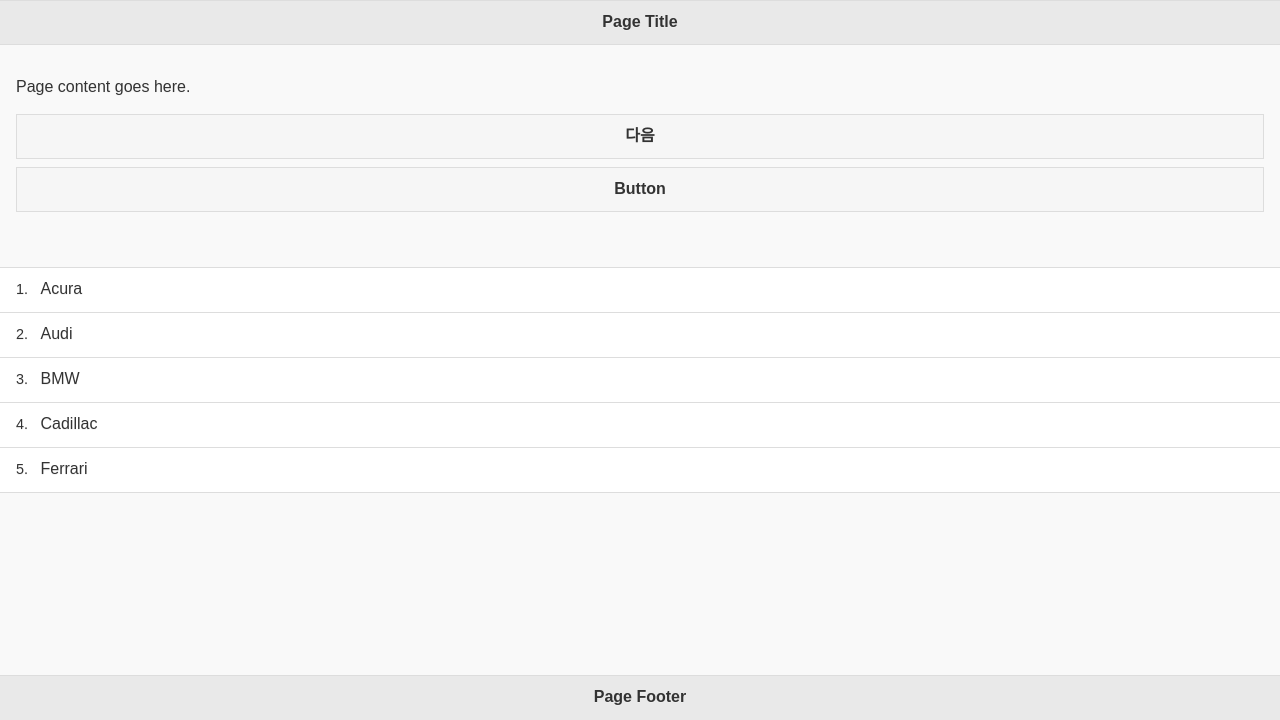
Repository: choigobin/Programming
Page: YangJung/workspace/p1028/WebContent/jquery/1.html
These files come from the project's save history. The page is drawn as it stood at one moment and after the next save; the edit follows.
The browser window is 1280 px wide. The pictures show the whole page.

Above is the page before, as saved 2019-10-28 07:04:31.

### YangJung/workspace/p1028/WebContent/jquery/1.html
<!DOCTYPE html>
<html>
<head>
	<title>Page Title</title>
	<meta charset="UTF-8">
	<meta name="viewport" content="width=device-width, initial-scale=1" charset="UTF-8">
	<link rel="stylesheet" href="../css/jquery.mobile-1.4.5.min.css" />
	<script src="../js/jquery.min.js"></script>
	<script src="../js/jquery.mobile-1.4.5.min.js"></script>
</head>

<body>
	<div data-role="page">

	<div data-role="header">
		<h1>Page Title</h1>
	</div><!-- /header -->

	<div role="main" class="ui-content">
		<p>Page content goes here.</p>
		<a href="https://www.daum.net" class="ui-btn">다음</a>
		<button class="ui-btn">Button</button> <br /><br /><br />
		<ol data-role="listview">
			<li>Acura</li>
			<li>Audi</li>
			<li>BMW</li>
			<li>Cadillac</li>
			<li>Ferrari</li>
		</ol>
	</div><!-- /content -->

	<div data-role="footer" data-position="fixed">
		<h4>Page Footer</h4>
	</div><!-- /footer -->
</div><!-- /page -->
</body>
</html>

Loaded but not shown: YangJung/workspace/p1028/WebContent/css/jquery.mobile-1.4.5.min.css (library); YangJung/workspace/p1028/WebContent/js/jquery.min.js (library); YangJung/workspace/p1028/WebContent/js/jquery.mobile-1.4.5.min.js (library)

After the next save:
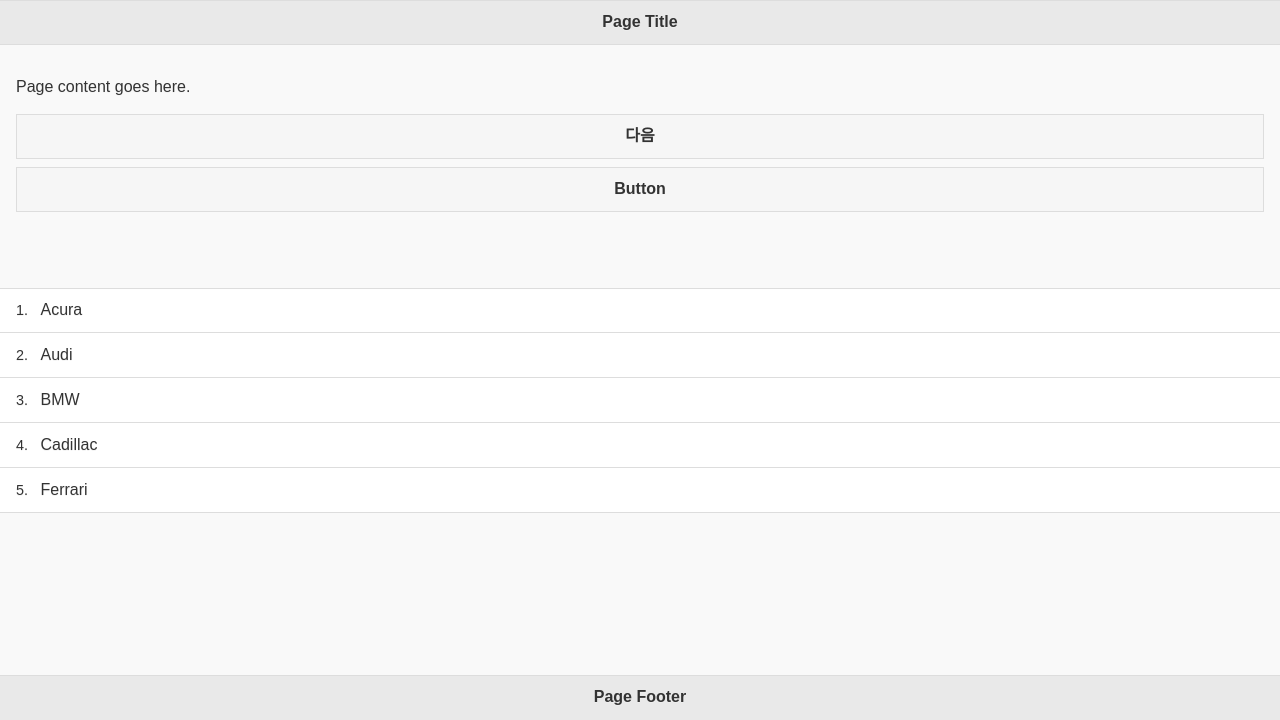
Saved 7 s later.
--- a/YangJung/workspace/p1028/WebContent/jquery/1.html
+++ b/YangJung/workspace/p1028/WebContent/jquery/1.html
@@ -19,7 +19,7 @@
 	<div role="main" class="ui-content">
 		<p>Page content goes here.</p>
 		<a href="https://www.daum.net" class="ui-btn">다음</a>
-		<button class="ui-btn">Button</button> <br /><br /><br />
+		<button class="ui-btn">Button</button> <br /><br /><br /><br />
 		<ol data-role="listview">
 			<li>Acura</li>
 			<li>Audi</li>
